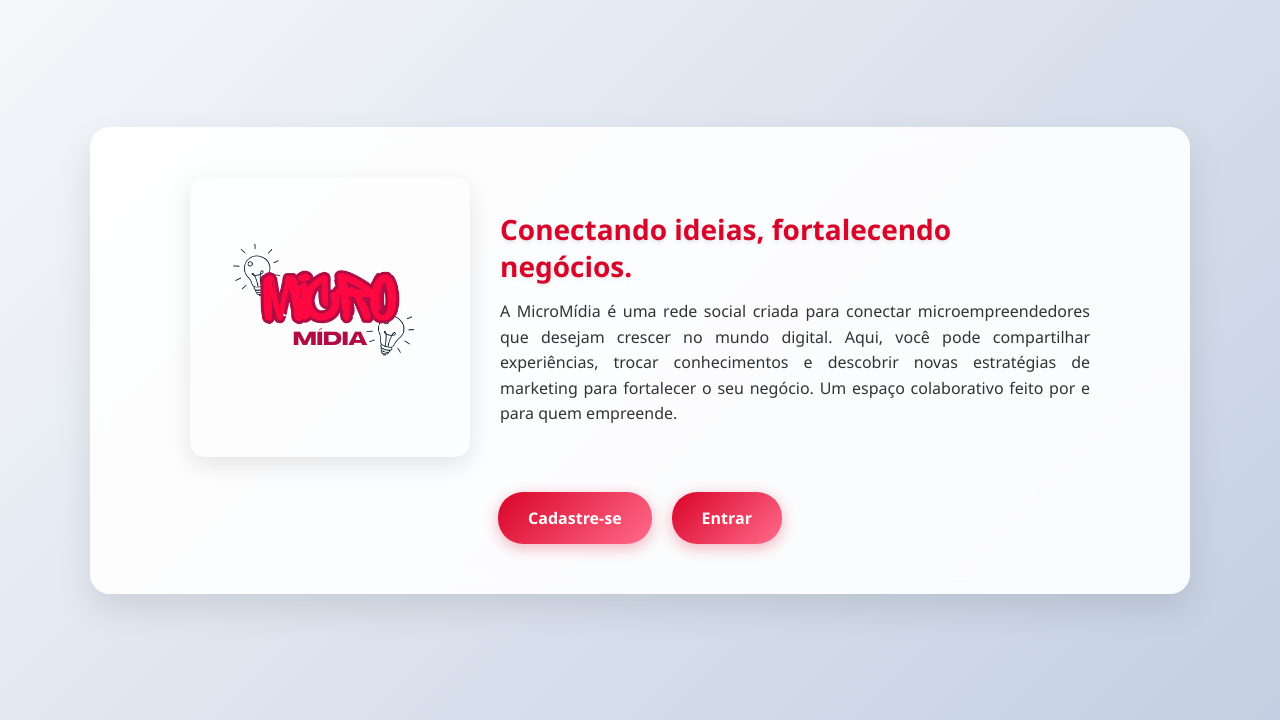
Repository: annaluizapm/MicroMidia
Page: front/HTML/index.html
The author's editor kept a copy of each file at every save. The page is drawn from the files as they stood at one save, then again after the next save.
The browser window is 1280 px wide. The pictures show the whole page.

Above is the page before, as saved 2025-10-31 20:55:52.

### front/HTML/index.html
<!DOCTYPE html>
<html lang="pt-BR">
<head>
    <meta charset="UTF-8">
    <meta name="viewport" content="width=device-width, initial-scale=1.0">
    <title>MicroMídia</title>
    <link rel="stylesheet" href="../CSS/style.css">
</head>
<body>
    <div class="container">
        <div class="content-wrapper">
            <div class="logo-section">
                <img src="../assets/Logo.png" alt="Logo da Micro Mídia">
            </div>
            <header class="home-header">
                <h1 class="slogan">Conectando ideias, fortalecendo negócios.</h1>
                <p class="home-desc">A MicroMídia é uma rede social criada para conectar microempreendedores que desejam crescer no mundo digital. Aqui, você pode compartilhar experiências, trocar conhecimentos e descobrir novas estratégias de marketing para fortalecer o seu negócio. Um espaço colaborativo feito por e para quem empreende.</p>
            </header>
        </div>
        <div class="buttons">
            <button type="button" class="btn-primary" onclick="window.location.href='cadastro.html'">Cadastre-se</button>
            <button type="button" class="btn-primary" onclick="window.location.href='login.html'">Entrar</button>
        </div>
    </div>

    <script src="../JS/script.js"></script>
</body>
</html>

### front/CSS/style.css
* {
    margin: 0;
    padding: 0;
    box-sizing: border-box;
    font-family: 'Segoe UI', Tahoma, Geneva, Verdana, sans-serif;
}

body {
    display: flex;
    justify-content: center;
    align-items: center;
    height: 100vh;
    background: linear-gradient(135deg, #f5f7fa 0%, #c3cfe2 100%);
    overflow: hidden;
}

.container {
    display: flex;
    flex-direction: column;
    justify-content: center;
    align-items: center;
    gap: 30px;
    background: rgba(255, 255, 255, 0.9);
    padding: 50px 60px;
    border-radius: 20px;
    box-shadow: 0 15px 35px rgba(0, 0, 0, 0.1);
    backdrop-filter: blur(10px);
    animation: fadeInUp 0.8s ease;
    max-width: 1100px;
    width: 90%;
}

@keyframes fadeInUp {
    from {
        opacity: 0;
        transform: translateY(30px);
    }
    to {
        opacity: 1;
        transform: translateY(0);
    }
}

img {
    max-width: 120%;
    height: auto;
    border-radius: 15px;
    transition: transform 0.3s ease;
    box-shadow: 0 8px 25px rgba(0, 0, 0, 0.1);
}

img:hover {
    transform: scale(1.05);
}

.buttons {
    display: flex;
    flex-direction: row;
    justify-content: center;
    align-items: center;
    gap: 20px;
}

.btn-primary {
    padding: 15px 30px;
    background: linear-gradient(135deg, #D90429 0%, #ff6b8a 100%);
    color: white;
    border: none;
    border-radius: 25px;
    cursor: pointer;
    font-weight: 600;
    font-size: 16px;
    transition: all 0.3s ease;
    box-shadow: 0 4px 15px rgba(217, 4, 41, 0.3);
    position: relative;
    overflow: hidden;
}

.btn-primary:hover {
    transform: translateY(-3px);
    box-shadow: 0 6px 20px rgba(217, 4, 41, 0.4);
}

.btn-primary:active {
    transform: translateY(-1px);
}

.btn-primary::before {
    content: '';
    position: absolute;
    top: 0;
    left: -100%;
    width: 100%;
    height: 100%;
    background: linear-gradient(90deg, transparent, rgba(255,255,255,0.2), transparent);
    transition: left 0.5s;
}

.btn-primary:hover::before {
    left: 100%;
}

/* Home Header - Slogan e Descrição */
.content-wrapper {
    display: flex;
    flex-direction: row;
    align-items: center;
    gap: 30px;
    width: 100%;
    max-width: 900px;
}

.logo-section {
    flex-shrink: 0;
}

.logo-section img {
    max-width: 280px;
    height: auto;
}

.home-header {
    text-align: left;
    flex: 1;
    padding: 0;
}

.slogan {
    font-size: 28px;
    font-weight: 700;
    color: #D90429;
    margin-bottom: 15px;
    line-height: 1.3;
    text-shadow: 0 2px 4px rgba(0, 0, 0, 0.1);
}

.home-desc {
    font-size: 16px;
    font-weight: 400;
    color: #333;
    line-height: 1.6;
    text-align: justify;
    margin-bottom: 0;
}

/* Responsividade para telas menores */
@media (max-width: 768px) {
    .container {
        padding: 30px 20px;
        gap: 20px;
    }

    .content-wrapper {
        flex-direction: column;
        gap: 20px;
    }

    .logo-section img {
        max-width: 150px;
    }

    .home-header {
        text-align: center;
    }

    .slogan {
        font-size: 22px;
    }

    .home-desc {
        font-size: 14px;
        text-align: center;
    }

    .buttons {
        flex-direction: column;
        gap: 15px;
    }

    .btn-primary {
        width: 100%;
        max-width: 250px;
    }
}

Loaded but not shown: front/JS/script.js (893 lines, source omitted)

After the next save:
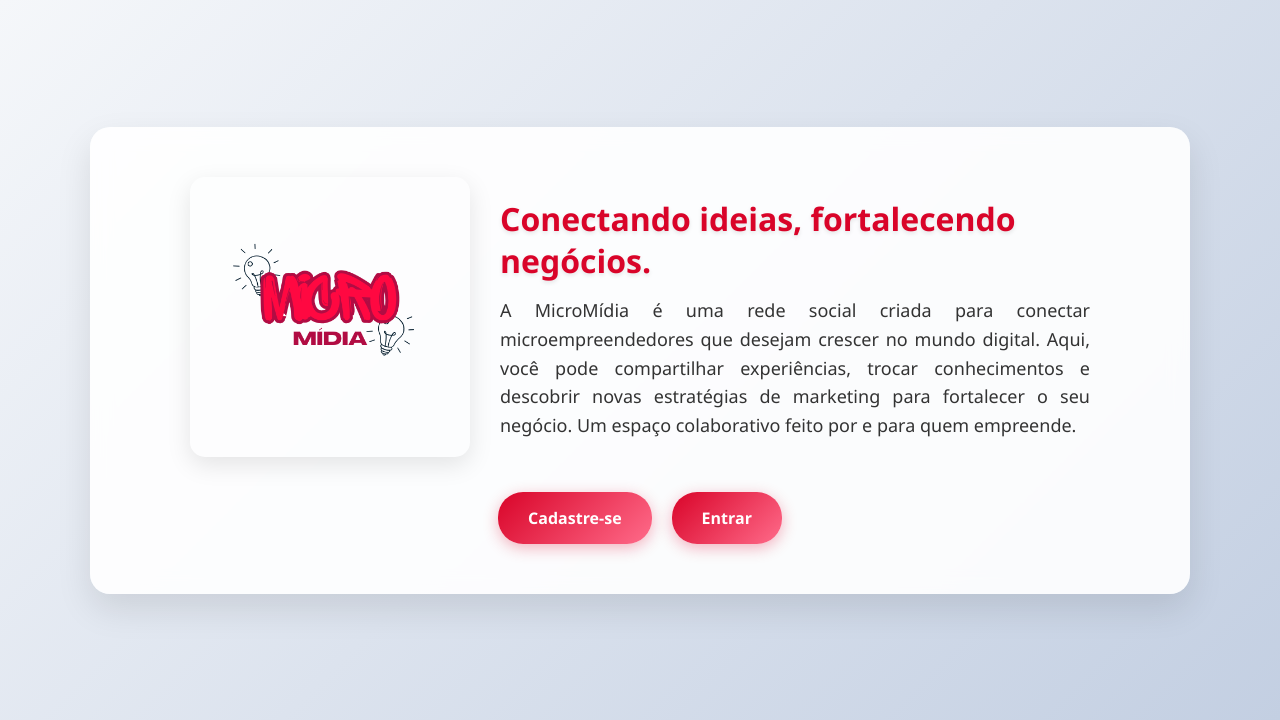
Saved 8 s later.
--- a/front/CSS/style.css
+++ b/front/CSS/style.css
@@ -126,7 +126,7 @@
 }
 
 .slogan {
-    font-size: 28px;
+    font-size: 32px;
     font-weight: 700;
     color: #D90429;
     margin-bottom: 15px;
@@ -135,7 +135,7 @@
 }
 
 .home-desc {
-    font-size: 16px;
+    font-size: 18px;
     font-weight: 400;
     color: #333;
     line-height: 1.6;
